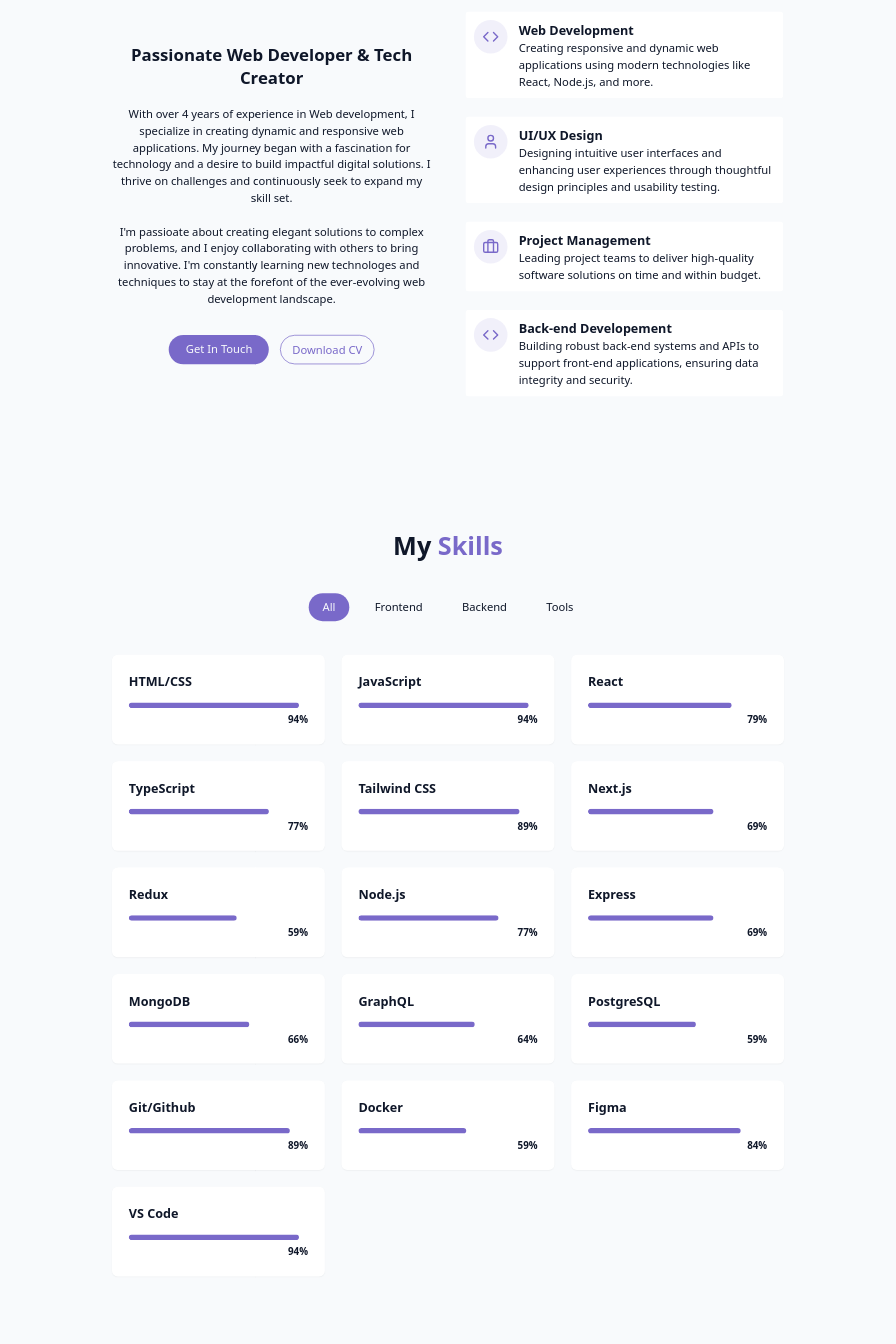
Repository: mOzariffard/Portfolio
Page: /
An editor plug-in stored every save of this project. The page is shown before and after the next save, followed by the edit.
The browser window is 1280 px wide. The pictures show the part of the page from y = 888 to 2808 px (the page is 2808 px tall), at 70% of full size.
The project was rebuilt for these pictures with package versions that can differ from the ones it lists, and the page was loaded fresh each time. Also part of the build but not shown: vite.config.js, src/pages/NotFound.jsx.

Above is the page before, as saved 2025-06-29 18:38:11.

After the next save:
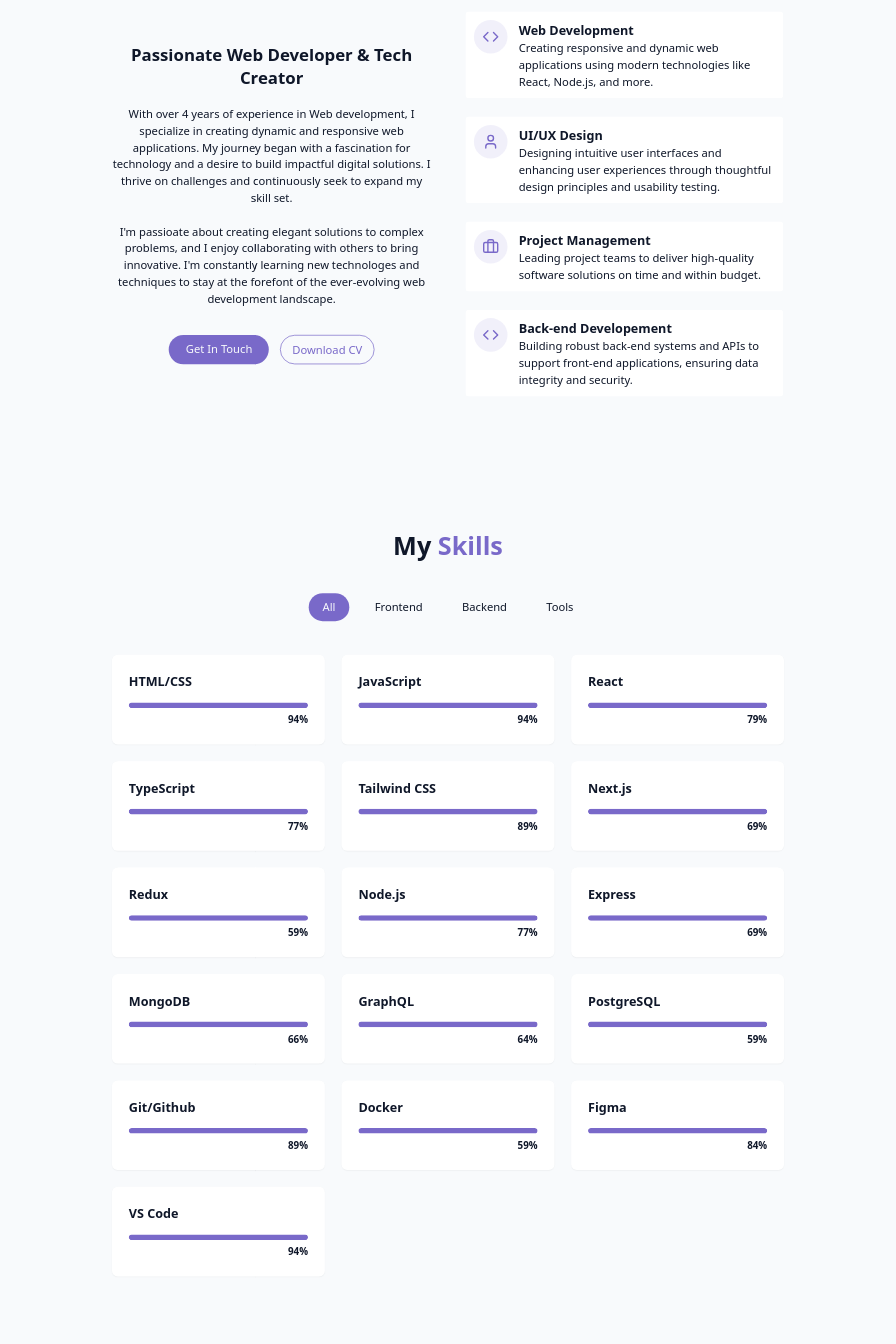
Saved 72 s later.
--- a/src/components/SkillsSection.jsx
+++ b/src/components/SkillsSection.jsx
@@ -66,7 +66,7 @@
                         {/* SKILLS PORCESS BAR */}
                         <div className='w-full bg-secondary/50 h-2 rounded-full overflow-hidden'>
                         <div className='bg-primary h-2 rounded-full origin-left animate-[glow_1.5_ease-out]'
-                        style={{ width: skill.level+ "%"}}
+
                         />
                         </div>
 

After the save that followed:
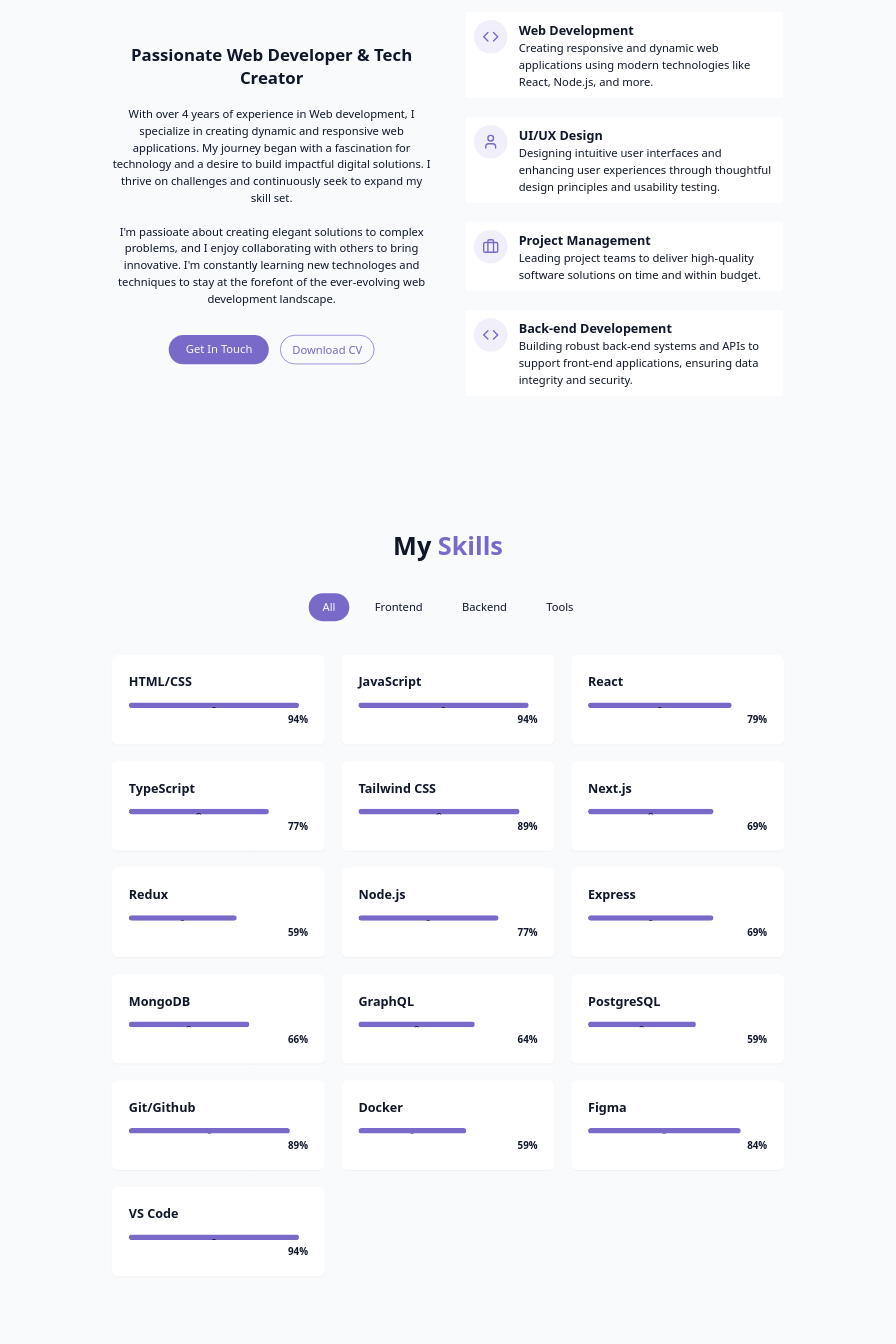
Saved 64 s later.
--- a/src/components/SkillsSection.jsx
+++ b/src/components/SkillsSection.jsx
@@ -65,9 +65,9 @@
 
                         {/* SKILLS PORCESS BAR */}
                         <div className='w-full bg-secondary/50 h-2 rounded-full overflow-hidden'>
-                        <div className='bg-primary h-2 rounded-full origin-left animate-[glow_1.5_ease-out]'
-
-                        />
+                        <div className='bg-primary h-2 rounded-full origin-left animate-[glow_1.5_ease-out]' style={{ width: skill.level+ "%"}} >
+                            <CountUp />
+                        </div>
                         </div>
 
 
